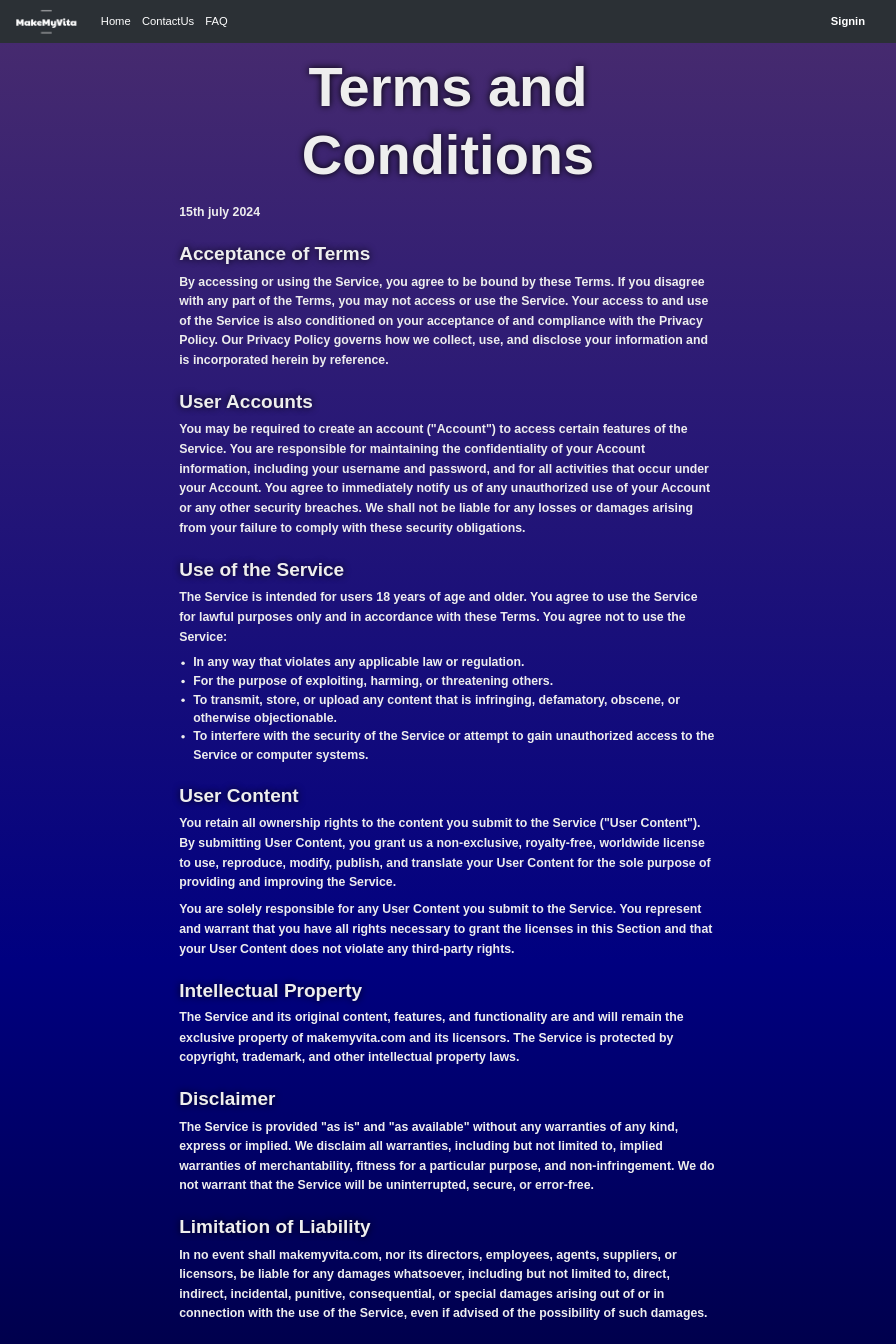
Repository: Tejaakshaykumar/MakeMyVita-Resume-Builder-Website
Page: /T&C (app in frontend/)
An editor plug-in stored every save of this project. The page is shown before and after the next save, followed by the edit.
The browser window is 1280 px wide. The pictures show the part of the page from y = 0 to 1920 px (the page is 2936 px tall), at 70% of full size.
Some web libraries are served in a nearby version. The project was rebuilt for these pictures with package versions that can differ from the ones it lists, and the page was loaded fresh each time. Also part of the build but not shown: frontend/src/App.css, frontend/src/containers/About.js, frontend/src/containers/Buildresume.js, frontend/src/containers/Images.js, frontend/src/containers/Features.js, frontend/src/containers/Review.js, frontend/src/containers/Trybox.js, frontend/src/containers/Motionbox.js and 5 more.

Above is the page before, as saved 2024-06-10 11:53:10.

### frontend/public/index.html
<!DOCTYPE html>
<html lang="en">
  <head>
    <meta charset="utf-8" />
    <link rel="icon" href="%PUBLIC_URL%/favicon.ico" />
    <meta name="viewport" content="width=device-width, initial-scale=1" />
    <meta name="theme-color" content="#000000" />
    <meta
      name="description"
      content="Web site created using create-react-app"
    />
    <link rel="apple-touch-icon" href="%PUBLIC_URL%/logo192.png" />
    <!--
      manifest.json provides metadata used when your web app is installed on a
      user's mobile device or desktop. See https://developers.google.com/web/fundamentals/web-app-manifest/
    -->
    <link rel="manifest" href="%PUBLIC_URL%/manifest.json" />
    <link rel="stylesheet" href="https://stackpath.bootstrapcdn.com/bootstrap/4.5.2/css/bootstrap.min.css">
  <link rel="stylesheet" href="https://stackpath.bootstrapcdn.com/font-awesome/4.7.0/css/font-awesome.min.css">
  <link href="https://cdn.jsdelivr.net/npm/bootstrap@5.3.3/dist/css/bootstrap.min.css" rel="stylesheet" integrity="sha384-QWTKZyjpPEjISv5WaRU9OFeRpok6YctnYmDr5pNlyT2bRjXh0JMhjY6hW+ALEwIH" crossorigin="anonymous">
  <link href="https://cdn.jsdelivr.net/npm/bootstrap-icons@1.7.2/font/bootstrap-icons.css" rel="stylesheet">
    <!--
      Notice the use of %PUBLIC_URL% in the tags above.
      It will be replaced with the URL of the `public` folder during the build.
      Only files inside the `public` folder can be referenced from the HTML.

      Unlike "/favicon.ico" or "favicon.ico", "%PUBLIC_URL%/favicon.ico" will
      work correctly both with client-side routing and a non-root public URL.
      Learn how to configure a non-root public URL by running `npm run build`.
    -->
    <title>React App</title>
  </head>
  <body>
    <noscript>You need to enable JavaScript to run this app.</noscript>
    <div id="root"></div>
    <!--
      This HTML file is a template.
      If you open it directly in the browser, you will see an empty page.

      You can add webfonts, meta tags, or analytics to this file.
      The build step will place the bundled scripts into the <body> tag.

      To begin the development, run `npm start` or `yarn start`.
      To create a production bundle, use `npm run build` or `yarn build`.
    -->
  </body>
  <script src="https://cdn.jsdelivr.net/npm/bootstrap@5.3.3/dist/js/bootstrap.bundle.min.js" integrity="sha384-YvpcrYf0tY3lHB60NNkmXc5s9fDVZLESaAA55NDzOxhy9GkcIdslK1eN7N6jIeHz" crossorigin="anonymous"></script>
</html>

### frontend/src/containers/Navbar.js
import React from 'react';
import { useNavigate } from 'react-router-dom';
import logo from '../images/HubSpot Brand Kit/Logo/PNG/main-logo-white-transparent.png';
export default function Navbar() {
  const navigate = useNavigate();
  const handleSigninClick = () => {
    navigate('/signin');
  };
  return (
    <div>

      <nav className="navbar fixed-top navbar-expand-lg bg-body-tertiary" data-bs-theme="dark" >
      <div className="container-fluid" >
        <a className="navbar-brand" href="/">
        <img src={logo} alt="Logo" style={{height:'5vh',width:'15vh',objectFit:'cover'}} />
        </a>
        <button
          className="navbar-toggler"
          type="button"
          data-bs-toggle="collapse"
          data-bs-target="#navbarSupportedContent"
          aria-controls="navbarSupportedContent"
          aria-expanded="false"
          aria-label="Toggle navigation"
        >
          <span className="navbar-toggler-icon" />
        </button>
        <div className="collapse navbar-collapse" id="navbarSupportedContent">
          <ul className="navbar-nav me-auto mb-2 mb-lg-0">
            <li className="nav-item">
              <a className="nav-link active" aria-current="page" href="/">
                Home
              </a>
            </li>
            <li className="nav-item">
              <a className="nav-link active" aria-current="page" href="#">
                ContactUs
              </a>
            </li>
            <li className="nav-item">
              <a className="nav-link active" aria-current="page" href="/FAQ">
                FAQ
              </a>
            </li>
          </ul>
          <form className="d-flex">
            <button className=" btn btn-outline-success custom-btn" type="submit" onClick={handleSigninClick}>
            &nbsp;&nbsp;&nbsp;&nbsp;&nbsp;Signin&nbsp;&nbsp;&nbsp;&nbsp;&nbsp;
            </button>
          </form>
        </div>
      </div>
    </nav>

    </div>
  );
}

### frontend/src/containers/Foot.js
import React from 'react';
import './cont.css'; // Import the CSS file

export default function Foot() {
  return (
    <footer>
      <div className="footer-container ">
        <ul className="footer-nav">
        <li className="nav-item">
            <a className="nav-link" href="/aboutus">
              ABOUT US
            </a>
          </li>
          <>|</>
          <li className="nav-item">
            <a className="nav-link" href="/T&C">
              TERMS & CONDITIONS
            </a>
          </li>
          <>|</>
        <li className="nav-item">
            <a className="nav-link" href="/privacy">
              PRIVACY POLICY
            </a>
          </li>
          <>|</>
          <li className="nav-item">
            <a className="nav-link" href="#">
              CONTACT US
            </a>
          </li>
          <>|</>
          <li className="nav-item">
            <a className="nav-link" href="/FAQ">
              FAQs
            </a>
          </li>
        </ul>
        <div class="social-icons">
        <a href="https://www.facebook.com" target="_blank" aria-label="Facebook">
          <i class="bi bi-facebook"></i>
        </a>
        <a href="https://www.instagram.com" target="_blank" aria-label="Instagram">
          <i class="bi bi-instagram"></i>
        </a>
        <a href="https://www.pinterest.com" target="_blank" aria-label="Pinterest">
          <i class="bi bi-pinterest"></i>
        </a>
        <a href="https://www.youtube.com" target="_blank" aria-label="YouTube">
          <i class="bi bi-youtube"></i>
        </a>
        <a href="https://www.linkedin.com" target="_blank" aria-label="LinkedIn">
          <i class="bi bi-linkedin"></i>
        </a>
        <a href="https://www.twitter.com" target="_blank" aria-label="Twitter">
          <i class="bi bi-twitter"></i>
        </a>
      </div>
      <div className="footer-copy">
          &copy; 2024 developed by Teja Akshay Kumar
      </div>
      </div>
    </footer>
  );
}

### frontend/src/containers/cont.css
/* navbar */
.custom-btn {
  color: white;
}
.custom-btn:hover {
  color: black;
  background-color: white;
}

.footer-container {
  height: 25vh;
  width: 100%;
  background-color: rgb(0, 0, 0);
  color: white;
  display: flex;
  flex-direction: column;
  align-items: center;
  /* padding-bottom: 3%; */
  /* justify-content: center; */
}

.footer-nav {
  display: flex;
  list-style: none;
  padding-top: 30px;
  margin: 0;
}

.footer-nav .nav-item {
  margin: 0 50px;
}

.footer-nav .nav-item .nav-link {
  color: white;
  text-decoration: none;
  /* text-transform: uppercase; */
  /* text-decoration: underline; */
}

.footer-nav .nav-item .nav-link:hover {
  text-decoration: underline;
}

.footer-copy {
  /* padding-top: 5%; */
  text-align: center;
  font-size: large;
  font-weight: 500;
  /* padding-bottom: 3%; */
}

.social-icons {
  display: flex;
  justify-content: center;
  gap: 40px;
  padding: 40px;
  /* background-color: #f0f0f0; */
}

.social-icons a {
  color: #ffffff;
  font-size: 24px;
  text-decoration: none;
}

.social-icons a:hover {
  color: #007bff;
}

/* Features */

.feature-component {
  height: 90vh;
  width: 100%;
  display: flex;
  justify-content: flex-start;
  flex-wrap: wrap;
  margin-top: 10%;
  padding-left: 8%;
  padding-right: 8%;
}
.feature {
  flex: 1 1 30%;
  box-sizing: border-box;
  padding: 20px;
  margin: 10px;
  text-align: center;
  background-color: #fff;
  border-radius: 8px;
  /* box-shadow: 0 4px 8px rgba(0, 0, 0, 0.1); */
}

.feature img {
  width: 60px;
  height:80px;
  margin-bottom: 10px;
}

.feature h3 {
  font-size: 1.5em;
  margin-bottom: 10px;
  font-weight: 500;
  font-family:'Franklin Gothic Medium', 'Arial Narrow', Arial, sans-serif;
}

.feature p {
  font-size: 1.3em;
  color: #666;
  font-weight: 400;
  font-family: 'Gill Sans', 'Gill Sans MT', Calibri, 'Trebuchet MS', sans-serif;
}

.feature:hover {
  background: linear-gradient(to right, #fd4908, #1e90ff);
  box-shadow: black;
  border-radius: 5%;
  color: rgb(255, 255, 255);
}

.feature:hover h3,
.feature:hover p {
  color: rgb(255, 255, 255);
}

/* About */
.resume-builder-container {
  display: flex;
  flex-direction: row;
  justify-content: space-between;
  align-items: center;
  padding: 10vh;
  /* background-color: #fff; */
  background: linear-gradient(to right, #84eefc, #ffffff, #ffffff);
  /* background:linear-gradient(to left, #00e1ff,#ffffff, #ffffff); */
  /* border: 1px solid #ddd; */
  /* border-radius: 8px; */
  /* box-shadow: 0 2px 4px rgba(0, 0, 0, 0.1); */
  height: 80vh;
}

.resume-builder-container1 {
  display: flex;
  flex-direction: row;
  justify-content: space-between;
  align-items: center;
  padding: 10vh;
  height: 80vh;
  background: linear-gradient(to top, #ffffff, #59CE8F,#E8F9FD, #ffffff);
}

/* .resume-builder-image {
    -webkit-mask-image: radial-gradient(circle, rgba(0, 0, 0, 1) 50%, rgba(0, 0, 0, 0) 90%);
    mask-image: radial-gradient(circle, rgba(0, 0, 0, 1) 50%, rgba(0, 0, 0, 0) 90%);
  }
   */
.resume-builder-content {
  max-width: 60%;
  padding: 10%;
}

.resume-builder-content1 {
  max-width: 70%;
  padding: 10%;
}

.resume-builder-content h1 {
  font-size: 4em;
  color: #333;
  margin-bottom: 10px;
  font-family: "Franklin Gothic Medium", "Arial Narrow", Arial, sans-serif;
  text-align: left;
}

.resume-builder-content p {
  font-size: 1.4em;
  font-weight: 400;
  color: #666;
  line-height: 1.5;
  margin-bottom: 20px;
  /* padding-left: 2%; */
  /* text-align: center; */
}

.resume-builder-content1 h1 {
  font-size: 4em;
  color: #333;
  margin-bottom: 10px;
  font-family: "Franklin Gothic Medium", "Arial Narrow", Arial, sans-serif;
  text-align: left;
}

.resume-builder-content1 p {
  font-size: 1.4em;
  font-weight: 400;
  color: #666;
  line-height: 1.5;
  margin-bottom: 20px;
  /* padding-left: 2%; */
  /* text-align: center; */
}

.aboutbutton {
  height: 6vh;
  width: 27%;
  margin-left: 20%;
  margin-top: 2%;
  text-align: center;
  font-weight: 500;
  border-radius: 7px;
  color: #ffffff;
  font-weight: 700;
  transition: background 0.3s ease;
  /* border-style:solid; */
  border-color: white;
  background: #3e14fc;
  box-shadow: 0 2px 6px rgba(24, 23, 23, 0.801);
  /* box-shadow: #3e14fc; */
}
.aboutbutton:hover {
  transition: background 0.3s ease;
  border-style: solid;
  background: linear-gradient(to right, #ffd000, #ff0000);
  box-shadow: #3e14fc;
}

.create-now-button {
  background-color: #00b0ff;
  color: #fff;
  border: none;
  padding: 10px 20px;
  font-size: 1em;
  border-radius: 5px;
  cursor: pointer;
}

.create-now-button:hover {
  background-color: #008cba;
}

.resume-builder-image {
  max-width: 40%;
}

.resume-builder-image img {
  max-width: 100%;
  height: auto;
  border-radius: 8px;
}

.text-gradient {
  background: linear-gradient(to right, #ff7f50, #1e90ff);
  -webkit-background-clip: text;
  -webkit-text-fill-color: transparent;
  background-clip: text;
  color: transparent;
}

.icon-container {
  width: 100%;
  height: 100px;
  overflow: hidden;
  white-space: nowrap;
  position: relative;
  background-color: #ffffff;
  padding-bottom: 25px;
}

.icons {
  display: inline-block;
  animation: moveIcons 40s linear infinite;
}

.icons img {
  font-size: 24px;
  margin: 0 15px; /* Add some margin between icons */
  color: #333;
  /* width: 100px; Adjust the size as needed */
  height: 50px;
}

@keyframes moveIcons {
  0% {
    transform: translateX(70%);
  }
  100% {
    transform: translateX(-100%);
  }
}

.try {
  height: 30vh;
  width: 100%;
  background-image: url("C:/Users/tejaa/Downloads/pexels-magda-ehlers-pexels-1279813.jpg");
  background-size: cover;
  align-items: center;
  display: flex;
  flex-direction: column;
  justify-content: center;
  margin-bottom: 7vh;
  margin-top: 5vh;
}

.try h2 {
  font-size: 280%;
  color: antiquewhite;
  text-shadow: 5px 5px 3px rgba(0, 0, 0, 0.3);
}
.try button {
  height: 4vh;
  width: 15%;
  font-weight: 700;
  border-radius: 5cm;
  color: blanchedalmond;
  border: #ffffff;
  background: linear-gradient(to right, #fd0808, #a51eff);
}

/* Review */
/* Styles for the main container */
/* Swiper specific styles */
/* #App {
  height: 100%;
}
html,
body {
  position: relative;
  height: 100%;
}

body {
  background: #eee;
  font-family: Helvetica Neue, Helvetica, Arial, sans-serif;
  font-size: 14px;
  color: #000;
  margin: 0;
  padding: 0;
} */
.swiper-container {
  /* position: relative; */
  height: 30vh;
  background: #ffffff;
  font-family: Helvetica Neue, Helvetica, Arial, sans-serif;
  font-size: 14px;
  color: #000;
  margin: 30px;
  padding: 10px;
  display: flex;
  flex-direction: row;
  justify-content: center;
}

.swiper {
  width: 100%;
  height: 100%;
}

.swiper-slide {
  text-align: center;
  font-size: 18px;
  background: #ffffff;
  display: flex;
  justify-content: center;
  align-items: center;
  padding-top: 20%;
  /* margin: 5%; */
}

.swiper-slide img {
  display: block;
  width: 100%;
  height: 100%;
  object-fit: cover;
}

.autoplay-progress {
  position: absolute;
  right: 16px;
  bottom: 16px;
  z-index: 10;
  width: 48px;
  height: 48px;
  display: flex;
  align-items: center;
  justify-content: center;
  font-weight: bold;
  color: var(--swiper-theme-color);
}

.autoplay-progress svg {
  --progress: 0;
  position: absolute;
  left: 0;
  top: 0px;
  z-index: 10;
  width: 100%;
  height: 100%;
  stroke-width: 4px;
  stroke: var(--swiper-theme-color);
  fill: none;
  stroke-dashoffset: calc(125.6px * (1 - var(--progress)));
  stroke-dasharray: 125.6;
  transform: rotate(-90deg);
}

### frontend/src/pages/pagestyles.css
/* TandC */

.tandc-container {
    max-width: 100%;
    /* margin: 0 auto; */
    padding: 6% 20%;
    font-family: Arial, sans-serif;
    background: linear-gradient(to top,rgb(0, 0, 0),navy,rgb(73, 44, 110));
    /* color: #333; */
    color:#eee;
    /* margin-top: 7%; */
    margin-bottom: -2%;

  }

  .tandc-container h1 {
    text-align: center;
    margin-bottom: 20px;
    font-weight: 700;
    color: #eee;
    font-size: 5rem;
    text-shadow: 0px 0px 10px rgb(0, 0, 0);
  }

  .tandc-container h2 {
    margin-top: 30px;
    color: #eee;
    font-weight: 700;
    font-size: 1.7rem;
    text-shadow: 0px 0px 10px rgba(0, 0, 0, 0.884);
  }

  .tandc-container p {
    line-height: 1.6;
    font-weight: 600;
    font-size: 1.1rem;
  }

  .tandc-container ul {
    list-style-type: disc;
    padding-left: 20px;
    font-weight: 600;
    font-size: 1.1rem;
  }

  .tandc-container a {
    color: #1a73e8;
    text-decoration: none;
  }

  .tandc-container a:hover {
    text-decoration: underline;
  }


  /* Privacy */
  .privacy-container {
    max-width: 800px;
    margin: 0 auto;
    padding: 20px;
    font-family: 'Arial', sans-serif;
    color: #333;
    line-height: 1.6;
    background-color: #fff;
    border-radius: 8px;
    box-shadow: 0 0 10px rgba(0, 0, 0, 0.1);
  }

  h1 {
    text-align: center;
    color: #333;
    font-size: 2.5rem;
    margin-bottom: 20px;
  }

  h2 {
    color: #444;
    font-size: 1.75rem;
    margin-top: 20px;
  }

  h3 {
    color: #555;
    font-size: 1.5rem;
    margin-top: 15px;
  }

  p {
    margin-bottom: 10px;
  }

  ul {
    list-style-type: disc;
    padding-left: 20px;
  }

  a {
    color: #1a73e8;
    text-decoration: none;
  }

  a:hover {
    text-decoration: underline;
  }

  @media (max-width: 600px) {
    .privacy-container {
      padding: 10px;
    }

    h1 {
      font-size: 2rem;
    }

    h2 {
      font-size: 1.5rem;
    }

    h3 {
      font-size: 1.25rem;
    }
  }

  /* Aboutus */
  .about-container {
    font-family: 'Arial', sans-serif;
    color: #fff;
    max-width: 1200px;
    margin: 0 auto;
    padding: 20px;
    background-color: #000; /* For overall contrast, adjust as needed */
  }

  .about-top {
    position: relative;
    text-align: center;
    color: white;
  }

  .about-image {
    width: 100%;
    height: auto;
    border-radius: 10px;
    opacity: 0.8;
  }

  .about-content {
    position: absolute;
    top: 50%;
    left: 50%;
    transform: translate(-50%, -50%);
    background-color: rgba(0, 0, 0, 0.5); /* Semi-transparent background */
    padding: 20px;
    border-radius: 10px;
    max-width: 90%;
    text-align: left;
  }

  .about-content h1 {
    font-size: 3rem;
    margin-bottom: 10px;
  }

  .about-content p {
    font-size: 1.2rem;
  }

  .about-bottom {
    background-color: #222;
    padding: 40px;
    border-radius: 10px;
    margin-top: 20px;
  }

  .about-bottom h2 {
    font-size: 2rem;
    margin-bottom: 20px;
  }

  .about-bottom p,
  .about-bottom ul {
    font-size: 1.2rem;
    line-height: 1.6;
  }

  .about-bottom ul {
    list-style-type: disc;
    padding-left: 20px;
  }

  .about-bottom h3 {
    font-size: 1.5rem;
    margin-top: 20px;
  }

  @media (max-width: 768px) {
    .about-content h1 {
      font-size: 2rem;
    }

    .about-content p {
      font-size: 1rem;
    }

    .about-bottom h2 {
      font-size: 1.5rem;
    }

    .about-bottom p,
    .about-bottom ul {
      font-size: 1rem;
    }
  }

  /* FAQ */
  /* styles.css */

/* body, html {
  margin: 0;
  padding: 0;
  font-family: Arial, sans-serif;
  background-color: #f7f7f7;
}

.app {
  display: flex;
  justify-content: center;
  align-items: center;
  min-height: 100vh;
  padding: 20px;
} */

.faq-container {
  background-color: white;
  padding: 20px;
  border-radius: 8px;
  max-width: 800px;
  width: 100%;
  box-shadow: 0 4px 8px rgba(0, 0, 0, 0.1);
}

.faq-container h1 {
  text-align: center;
  margin-bottom: 20px;
}

.faq-container input {
  width: 100%;
  padding: 10px;
  margin-bottom: 20px;
  border: 1px solid #ccc;
  border-radius: 4px;
}

.faq-list {
  max-height: 500px;
  overflow-y: auto;
}

.faq-item {
  border-bottom: 1px solid #eee;
  padding: 10px 0;
}

.faq-question {
  cursor: pointer;
  font-weight: bold;
}

.faq-answer {
  margin-top: 10px;
}

.related-articles {
  margin-top: 10px;
}

.related-articles h4 {
  margin-bottom: 5px;
}

.related-articles ul {
  padding-left: 20px;
  margin: 0;
}

.related-articles li {
  list-style-type: disc;
}



  /* Dashboard */
  body {
    font-family: Arial, sans-serif;
  }

  .sidebar {
    position: fixed;
    top: 0;
    bottom: 0;
    left: 0;
    z-index: 100;
    padding: 48px 0 0;
    box-shadow: inset -1px 0 0 rgba(0, 0, 0, .1);
  }

  .sidebar .nav-link {
    font-weight: 500;
    color: #333;
  }

  .sidebar .nav-link.active {
    color: #007bff;
  }

  .sidebar .nav-link:hover {
    color: #007bff;
  }

  .sidebar .sidebar-title {
    padding: 16px;
    font-size: 1.5rem;
    text-align: center;
  }

  .sidebar-footer {
    position: absolute;
    bottom: 0;
    width: 100%;
    padding: 16px;
    text-align: center;
  }

  .sidebar-footer .nav-link {
    color: #007bff;
  }

  .sidebar-footer .nav-link:hover {
    color: #0056b3;
  }

  .badge-new {
    background-color: #28a745;
    color: white;
    padding: 4px 8px;
    border-radius: 12px;
  }

  .card {
    margin-bottom: 1.5rem;
  }

  .card-title {
    font-size: 1.5rem;
    font-weight: bold;
  }

  .alert {
    margin-bottom: 0;
    font-size: 0.875rem;
  }

  @media (max-width: 767.98px) {
    .sidebar {
      position: relative;
      width: 100%;
      height: auto;
    }

    .sidebar .nav-link {
      font-size: 0.875rem;
    }
  }


  /* Signin */


  .signin {
    /* background: linear-gradient(45deg, #a1c4fd, #c2e9fb); */
    font-family: 'Arial', sans-serif;
    /* background:linear-gradient(to top,#000000,#5A72A0,#83B4FF,#FDFFE2); */
    background:linear-gradient(to top,#000000,#243763);
    /* background:linear-gradient(to top,#000000,#E96479,#F5E9CF,#c4fffd); */

    height: 100vh;
    display: flex;
    justify-content: center;
    align-items: center;
    margin-bottom: -2%;
  }

  .signin-container {
    text-align: center;

  }

  .signin-box {
    background: #fff;
    padding: 40px;
    border-radius: 8px;
    box-shadow: 0px 0px 20px rgba(0, 0, 0, 0.301);
    width: 500px;
    max-width: 90%;
  }

  .signin-header h2 {
    font-size: 24px;
    font-weight: 700;
    margin-bottom: 10px;
  }

  .signin-header p {
    font-size: 14px;
    color: #777;
    margin-bottom: 20px;
  }

  .form-group {
    margin-bottom: 15px;
  }

  .form-group label {
    display: block;
    text-align: left;
    margin-bottom: 5px;
  }

  .form-control {
    width: 100%;
    padding: 10px;
    border: 1px solid #ccc;
    border-radius: 4px;
    box-sizing: border-box;
  }

  .input-group {
    display: flex;
    align-items: center;
  }

  .input-group-append {
    background: #fff;
    border: 1px solid #ccc;
    border-left: 0;
    padding: 10px;
    border-radius: 0 4px 4px 0;
    cursor: pointer;
  }

  .form-check {
    display: flex;
    align-items: center;
    justify-content: space-between;
    margin: 20px 0;
  }

  .form-check-input {
    margin-right: 10px;
  }

  .form-check-label {
    margin-right: auto;
  }

  .forgot-password {
    color: #000;
    text-decoration: none;
  }

  .btn {
    width: 100%;
    padding: 10px;
    border: none;
    border-radius: 4px;
    cursor: pointer;
    font-size: 16px;
    font-weight: bold;
  }

  .btn-primary {
    background: #000;
    color: #fff;
  }

  .or-use {
    margin: 20px 0;
  }

  .or-use span {
    background: #fff;
    padding: 0 10px;
    color: #777;
  }

  .social-login {
    display: flex;
    justify-content: center;
    margin: 20px 0;
  }

  .social-login button {
    margin: 0 10px;
    width: 50px;
    height: 50px;
    border-radius: 50%;
    border: 1px solid #ccc;
    display: inline-flex;
    justify-content: center;
    align-items: center;
    background: #fff;
    cursor: pointer;
  }

  footer {
    margin-top: 20px;
  }

  footer p {
    font-size: 14px;
    color: #777;
  }

Loaded but not shown: frontend/src/index.js (common file); frontend/src/index.css (common file); frontend/src/reportWebVitals.js (common file); frontend/src/pages/TandC.js (106 lines, source omitted); frontend/src/App.js (99 lines, source omitted)

After the next save:
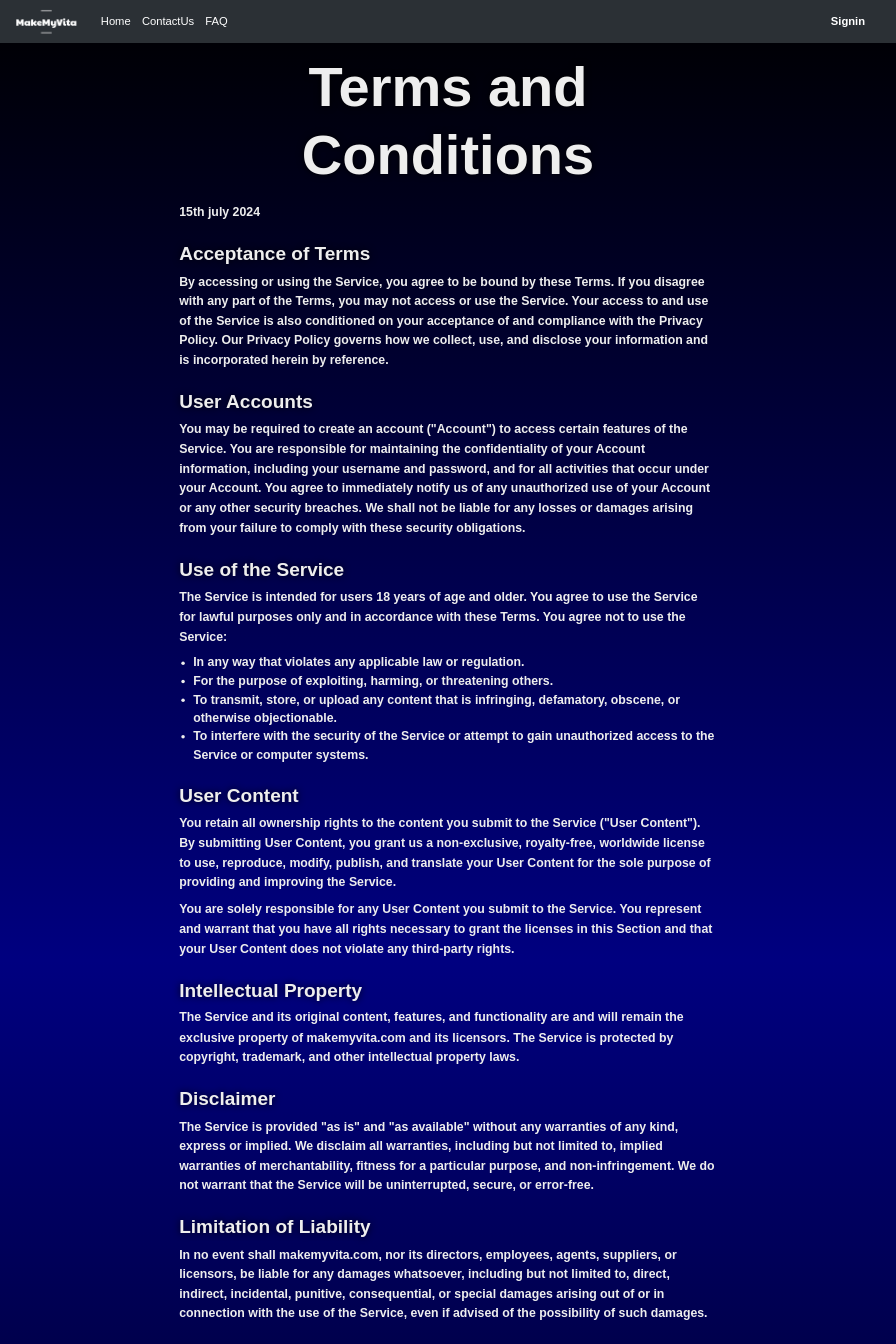
Saved 17 s later.
--- a/frontend/src/pages/pagestyles.css
+++ b/frontend/src/pages/pagestyles.css
@@ -5,7 +5,7 @@
     /* margin: 0 auto; */
     padding: 6% 20%;
     font-family: Arial, sans-serif;
-    background: linear-gradient(to top,rgb(0, 0, 0),navy,rgb(73, 44, 110));
+    background: linear-gradient(to top,rgb(0, 0, 0),navy,rgb(0, 0, 0));
     /* color: #333; */
     color:#eee;
     /* margin-top: 7%; */
